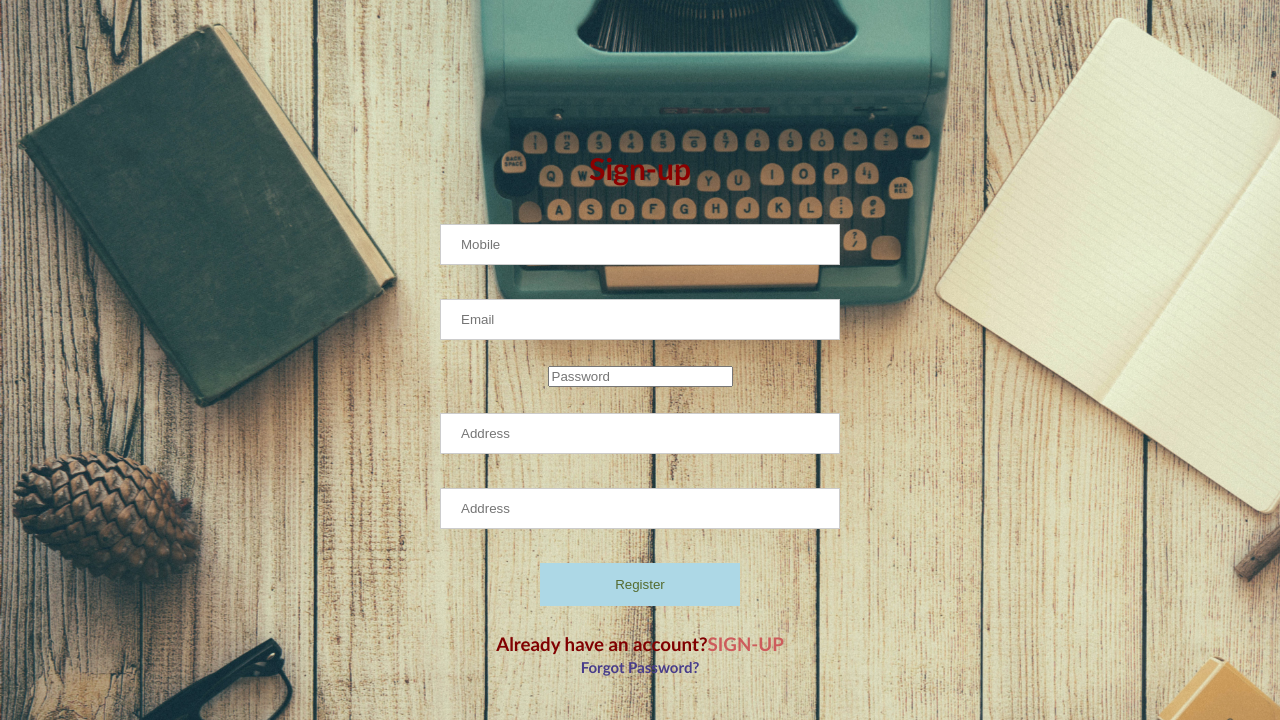
Repository: NAYAN9534/vehicle-booking-system
Page: http://localhost/minor/userlogin.jsp
These files come from the project's save history. The page is drawn as it stood at one moment and after the next save; the edit follows.
The browser window is 1280 px wide. The pictures show the whole page.
The page is served by Tomcat 9.

Above is the page before, as saved 2017-05-25 07:33:58.

After the next save:
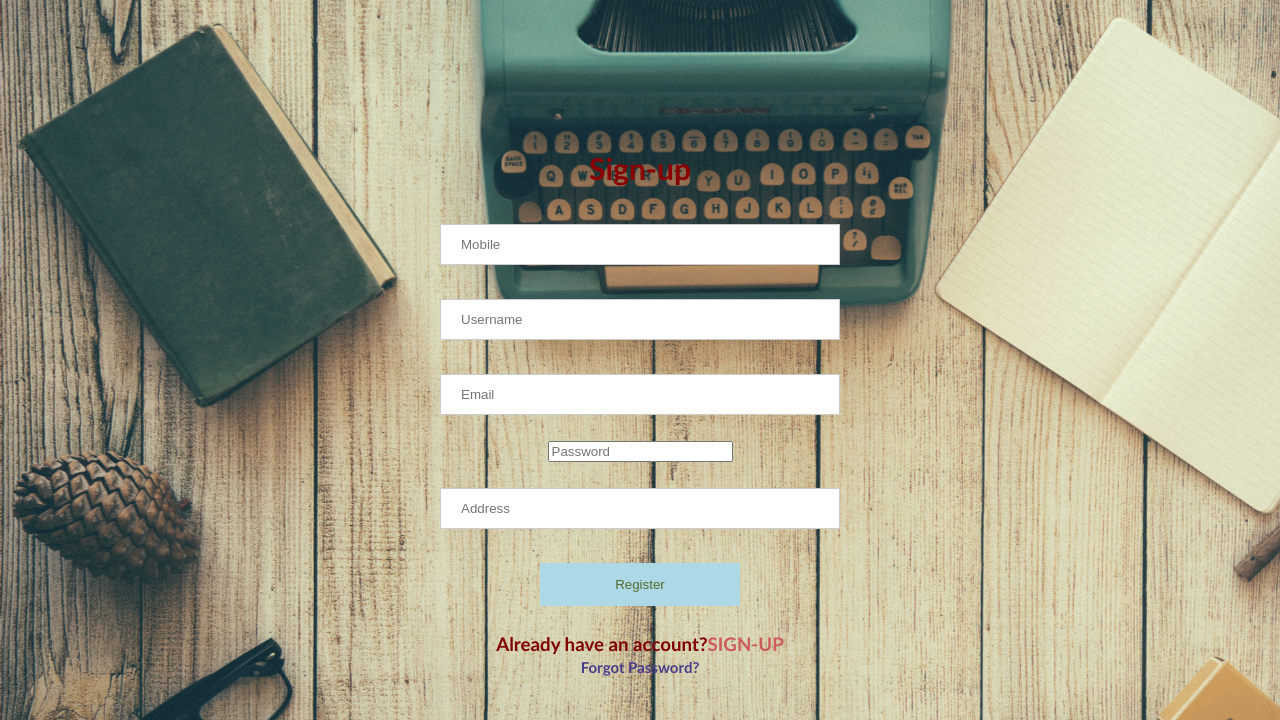
Saved 50 s later.
--- a/minor/WebContent/userlogin.jsp
+++ b/minor/WebContent/userlogin.jsp
@@ -72,10 +72,11 @@ body {
 
 <form id="frm_Newjoin" method="post" action="">
 	<input type="text" name="mob" id="username" placeholder="Mobile"/><br><br>
+	<input type="text" name="name" id="cn_pswd" placeholder="Username"/><br><br>
 	<input type="text" name="email_Id" id="email" placeholder="Email"/><br><br>
     <input type="password" name="password" id="pswd" placeholder="Password"/><br><br>
     <input type="text" name="address" id="cn_pswd" placeholder="Address"/><br><br>
-    <input type="text" name="address" id="cn_pswd" placeholder="Address"/><br><br>
+
 
 
 
